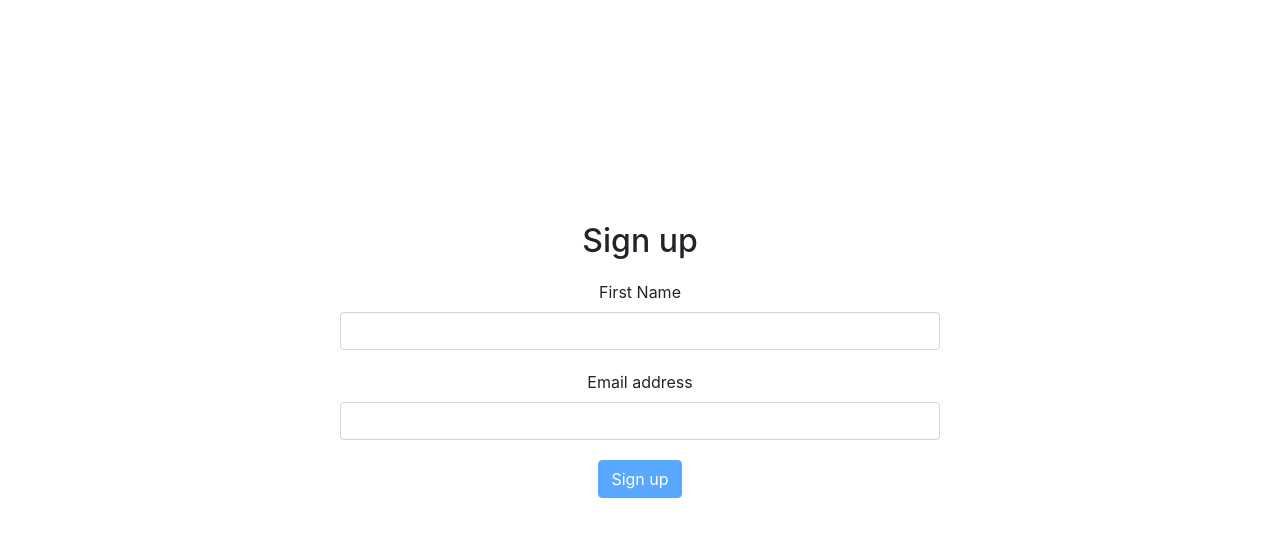
Repository: jklodge/react-form
Page: / (app in adzuna-form/)
An editor plug-in stored every save of this project. The page is shown before and after the next save, followed by the edit.
The browser window is 1280 px wide. The pictures show the whole page.
The project was rebuilt for these pictures with package versions that can differ from the ones it lists, and the page was loaded fresh each time.

Above is the page before, as saved 2020-01-08 23:52:46.

After the next save:
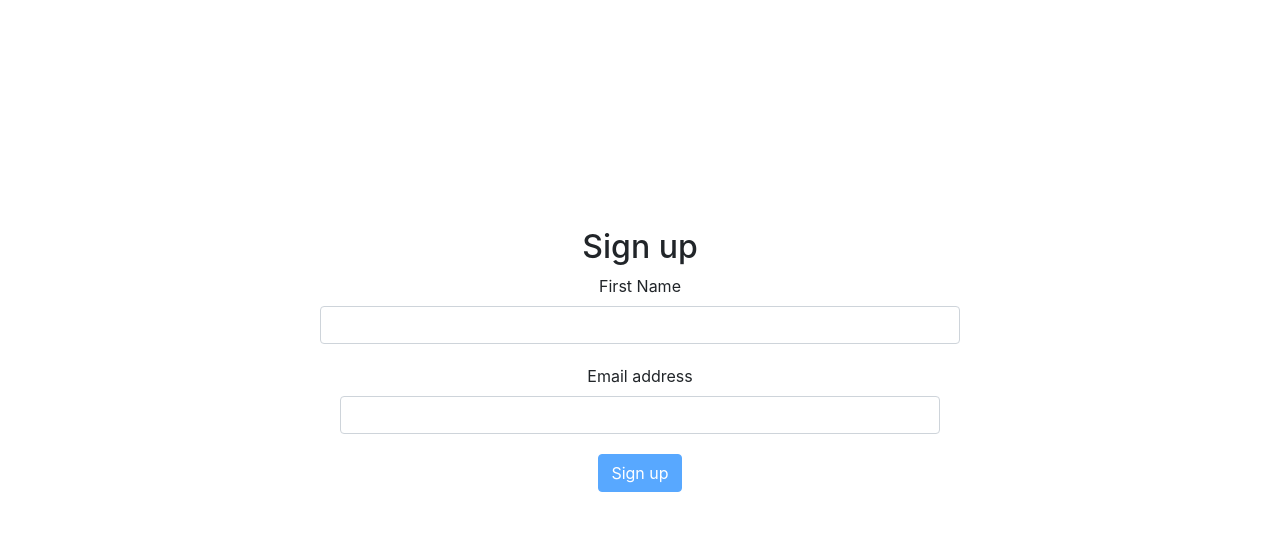
Saved 73 s later.
--- a/adzuna-form/src/Components/Form.js
+++ b/adzuna-form/src/Components/Form.js
@@ -67,7 +67,7 @@ class Form extends Component {
         <form className="form-container">
           <h2>Sign up</h2>
           <div
-            className={`form ${this.errorClass(
+            className={`form-group ${this.errorClass(
               this.state.errorValidation.name
             )}`}
           >
